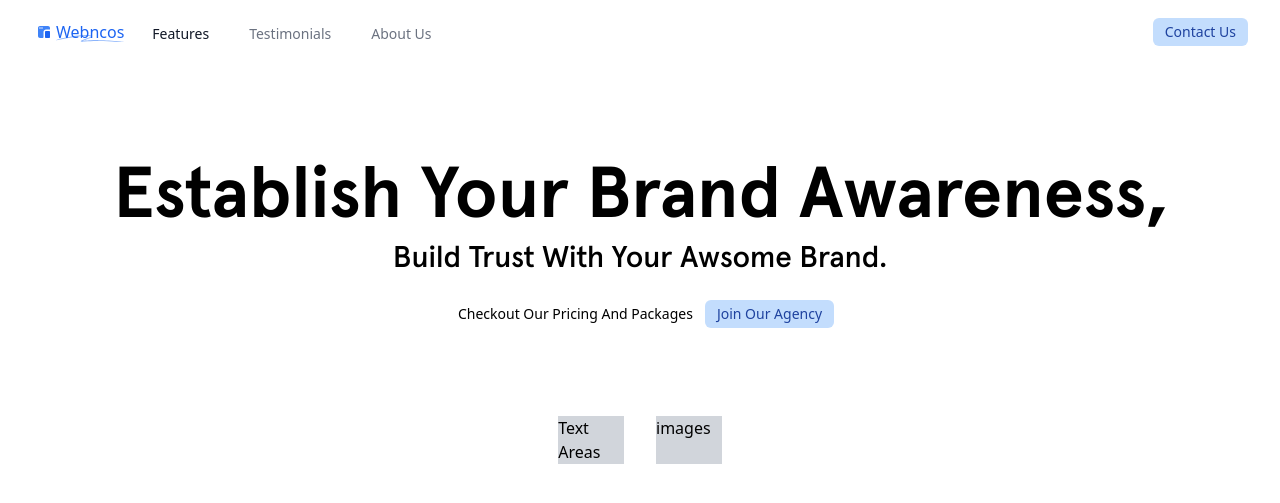
Repository: 1realjulius/webncos
Page: /
An editor plug-in stored every save of this project. The page is shown before and after the next save, followed by the edit.
The browser window is 1280 px wide. The pictures show the whole page.
The project was rebuilt for these pictures with package versions that can differ from the ones it lists, and the page was loaded fresh each time. A package was used in the major version that the imports need, not the one package.json lists. The framework's server and built-in components were replaced by stand-ins that run in the browser. Also part of the build but not shown: next.config.js.

Above is the page before, as saved 2022-08-24 15:35:51.

After the next save:
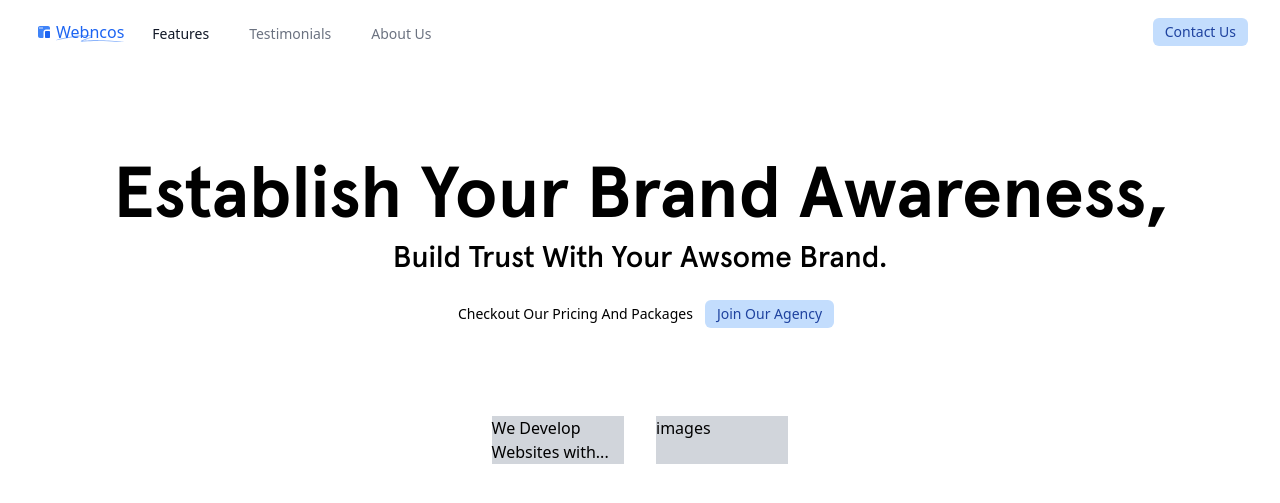
Saved 50 s later.
--- a/components/MainHome.tsx
+++ b/components/MainHome.tsx
@@ -34,7 +34,12 @@ const MainHome = () => {
       {/* Fameworks Used */}
       <div className="flex flex-row items-center justify-center">
         <div className="flex flex-row">
-          <div className="flex flex-1 flex-row mx-4 bg-gray-300">Text Areas</div>
+          <div className="flex flex-1 flex-row mx-4 bg-gray-300">
+            <div>
+              <h1>We Develop Websites with...</h1>
+            </div>
+            <div></div>
+          </div>
           <div className="flex flex-1 flex-row mx-4 bg-gray-300">images</div>
         </div>
       </div>
